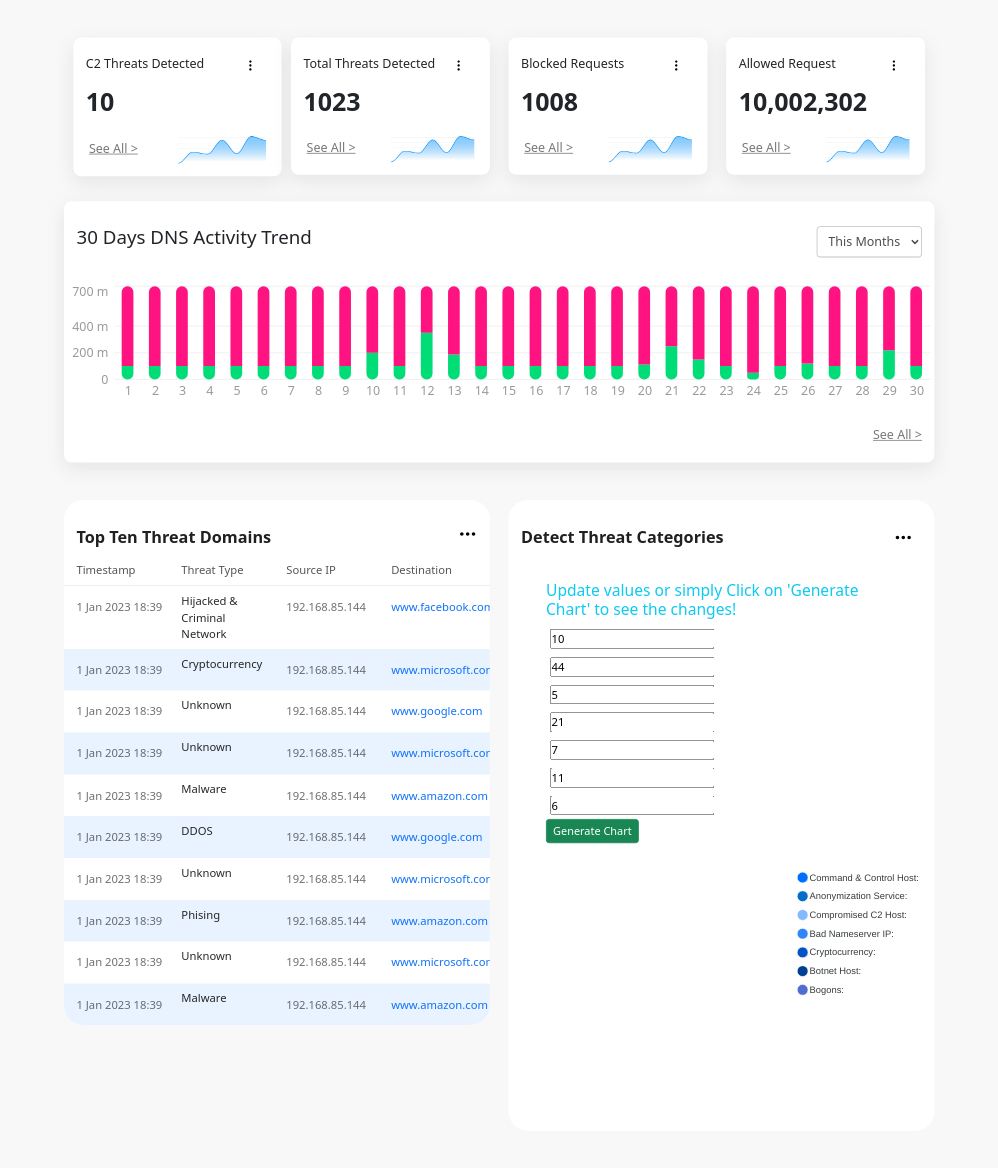
Repository: badhon252/dashboard
Page: /
These files come from the project's save history. The page is drawn as it stood at one moment and after the next save; the edit follows.
The browser window is 1280 px wide. The pictures show the whole page, at 78% of full size.
The project was rebuilt for these pictures with package versions that can differ from the ones it lists, and the page was loaded fresh each time. Also part of the build but not shown: vite.config.js.

Above is the page before, as saved 2023-01-30 03:00:34.

After the next save:
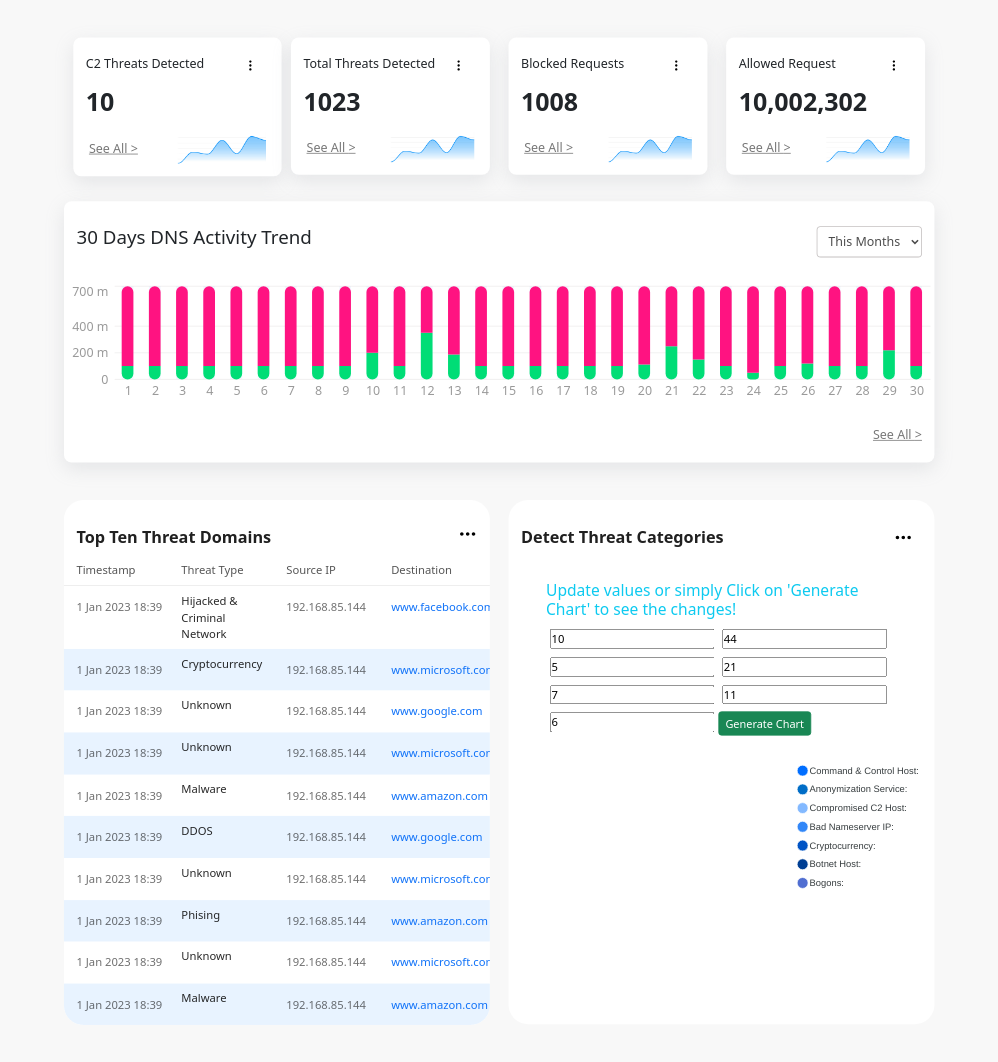
Saved 24 s later.
--- a/src/Components/Analysis/Graph/DonutInput.jsx
+++ b/src/Components/Analysis/Graph/DonutInput.jsx
@@ -1,12 +1,10 @@
 const DonutInput = ({ inputValue, handleChange }) => {
   return (
-    <div>
-      <input
-        value={inputValue}
-        onChange={handleChange}
-        placeholder="Command & Control Host"
-      />
-    </div>
+    <input
+      value={inputValue}
+      onChange={handleChange}
+      placeholder="Command & Control Host"
+    />
   );
 };
 
